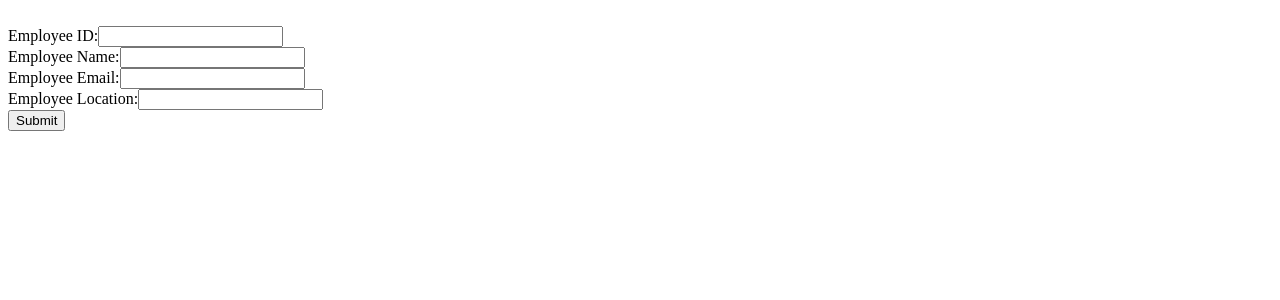
Repository: vibakar/spring-boot-topgear-assignments
Page: assignment4/src/main/resources/static/index.html
The author's editor kept a copy of each file at every save. The page is drawn from the files as they stood at one save, then again after the next save.
The browser window is 1280 px wide. The pictures show the whole page.

Above is the page before, as saved 2020-06-12 06:52:34.

### assignment4/src/main/resources/static/index.html
<html>
<head>
<title>Add Employee</title>
</head>
<body>
<form method="post" action="/add">
<br>
Employee ID:<input type="text" name="id"/>
<br>
Employee Name:<input type="text" name="name"/>
<br>
Employee Email:<input type="text" name="email"/>
<br>
Employee Location:<input type="text" name="location"/>
<br>
<button type="submit">Submit</button>
</form>
</body>
</html>

After the next save:
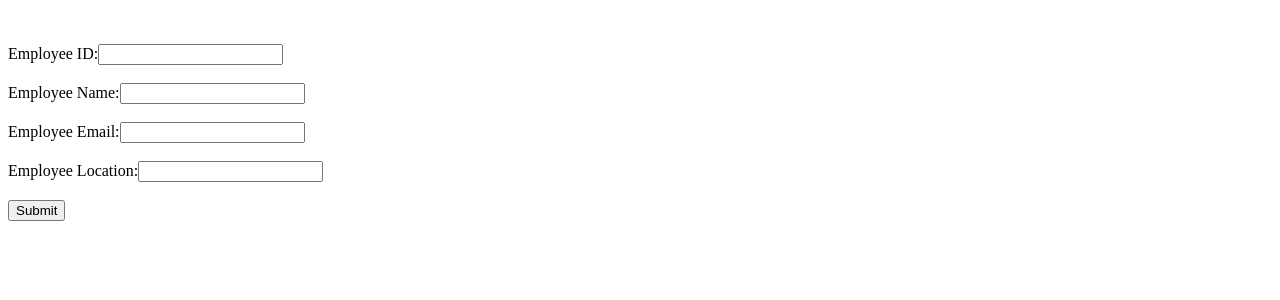
Saved 22 s later.
--- a/assignment4/src/main/resources/static/index.html
+++ b/assignment4/src/main/resources/static/index.html
@@ -4,15 +4,15 @@
 </head>
 <body>
 <form method="post" action="/add">
-<br>
+<br><br>
 Employee ID:<input type="text" name="id"/>
-<br>
+<br><br>
 Employee Name:<input type="text" name="name"/>
-<br>
+<br><br>
 Employee Email:<input type="text" name="email"/>
-<br>
+<br><br>
 Employee Location:<input type="text" name="location"/>
-<br>
+<br><br>
 <button type="submit">Submit</button>
 </form>
 </body>
